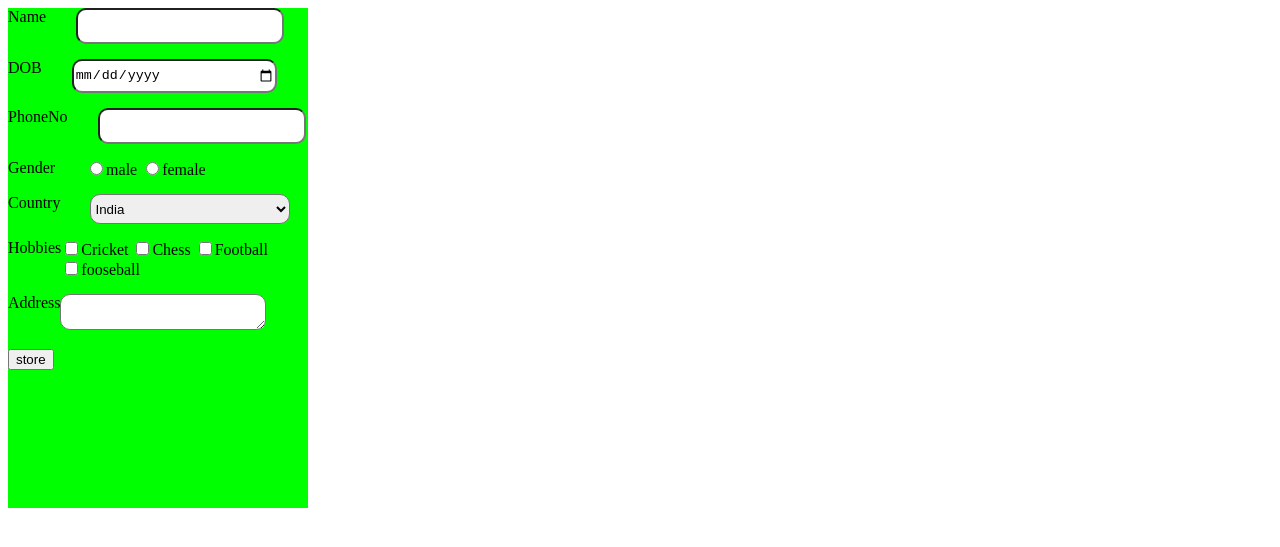
Repository: mnarendra333/batch21_WE
Page: RegApp/WebContent/index.html
These files come from the project's save history. The page is drawn as it stood at one moment and after the next save; the edit follows.
The browser window is 1280 px wide. The pictures show the whole page.

Above is the page before, as saved 2019-02-10 07:26:07.

### RegApp/WebContent/index.html
<!DOCTYPE html>
<html>
<head>
<meta charset="ISO-8859-1">
<title>Insert title here</title>

<style type="text/css">
.mainDiv {
	height: 500px;
	width: 300px;
	background-color: lime;
}

.rowDiv {
	/* display: inline-flex; */
	padding-bottom: 15px;
	display: inline-flex;
	padding-right: 30px;
}

.cInput{
	border-radius: 10px;
    height: 30px;
    width: 200px;
}
.lableDiv{
	padding-right: 30px;
}


</style>
</head>
<body>



	<form action="regsrv" method="post">


		<div class="mainDiv">

			<div class="rowDiv">
				<div class="lableDiv">Name</div>
				<div>
					<input type="text" class="cInput" name="uname">
				</div>
			</div>
			<div class="rowDiv">
				<div class="lableDiv">DOB</div>
				<div>
					<input type="date" class="cInput" name="dob">
				</div>
			</div>
			<div class="rowDiv">
				<div class="lableDiv">PhoneNo</div>
				<div>
					<input type="number" class="cInput" name="phno">
				</div>
			</div>
			<div class="rowDiv">
				<div class="lableDiv">Gender</div>
				<div>
					<input type="radio" name="gender" value="male">male <input
						type="radio" name="gender" value="female">female
				</div>
			</div>
			<div class="rowDiv">
				<div class="lableDiv">Country</div>
				<div>
					<select name="country" class="cInput">
						<option>India</option>
						<option>China</option>
						<option>Aus</option>
						<option>WI</option>
						<option>Srilanka</option>

					</select>
				</div>
			</div>
			<div class="rowDiv">
				<div>Hobbies</div>
				<div>
					<input type="checkbox" name="hobbies" value="Cricket">Cricket
					<input type="checkbox" name="hobbies" value="Chess">Chess <input
						type="checkbox" name="hobbies" value="Football">Football <input
						type="checkbox" name="hobbies" value="fooseball">fooseball

				</div>
			</div>
			<div class="rowDiv">
				<div>Address</div>
				<div>
					<textarea name="addr" class="cInput"></textarea>
				</div>
			</div>
			<div class="rowDiv">

				<div>
					<input type="submit" value="store">
				</div>
			</div>


		</div>


	</form>

</body>
</html>

After the next save:
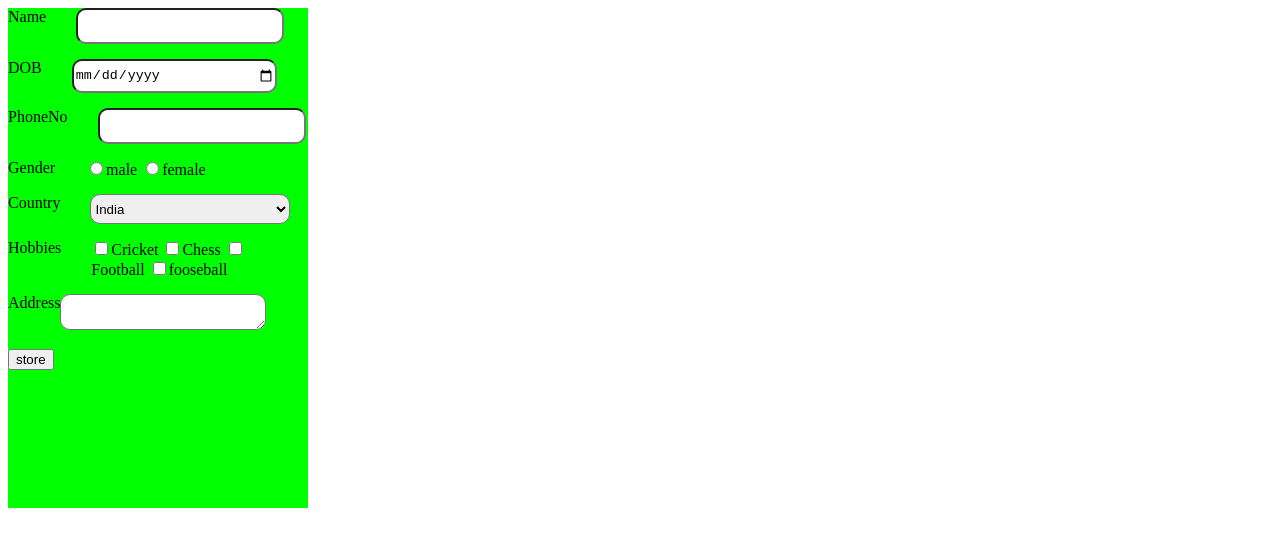
Saved 4 s later.
--- a/RegApp/WebContent/index.html
+++ b/RegApp/WebContent/index.html
@@ -78,7 +78,7 @@
 				</div>
 			</div>
 			<div class="rowDiv">
-				<div>Hobbies</div>
+				<div class="lableDiv">Hobbies</div>
 				<div>
 					<input type="checkbox" name="hobbies" value="Cricket">Cricket
 					<input type="checkbox" name="hobbies" value="Chess">Chess <input
